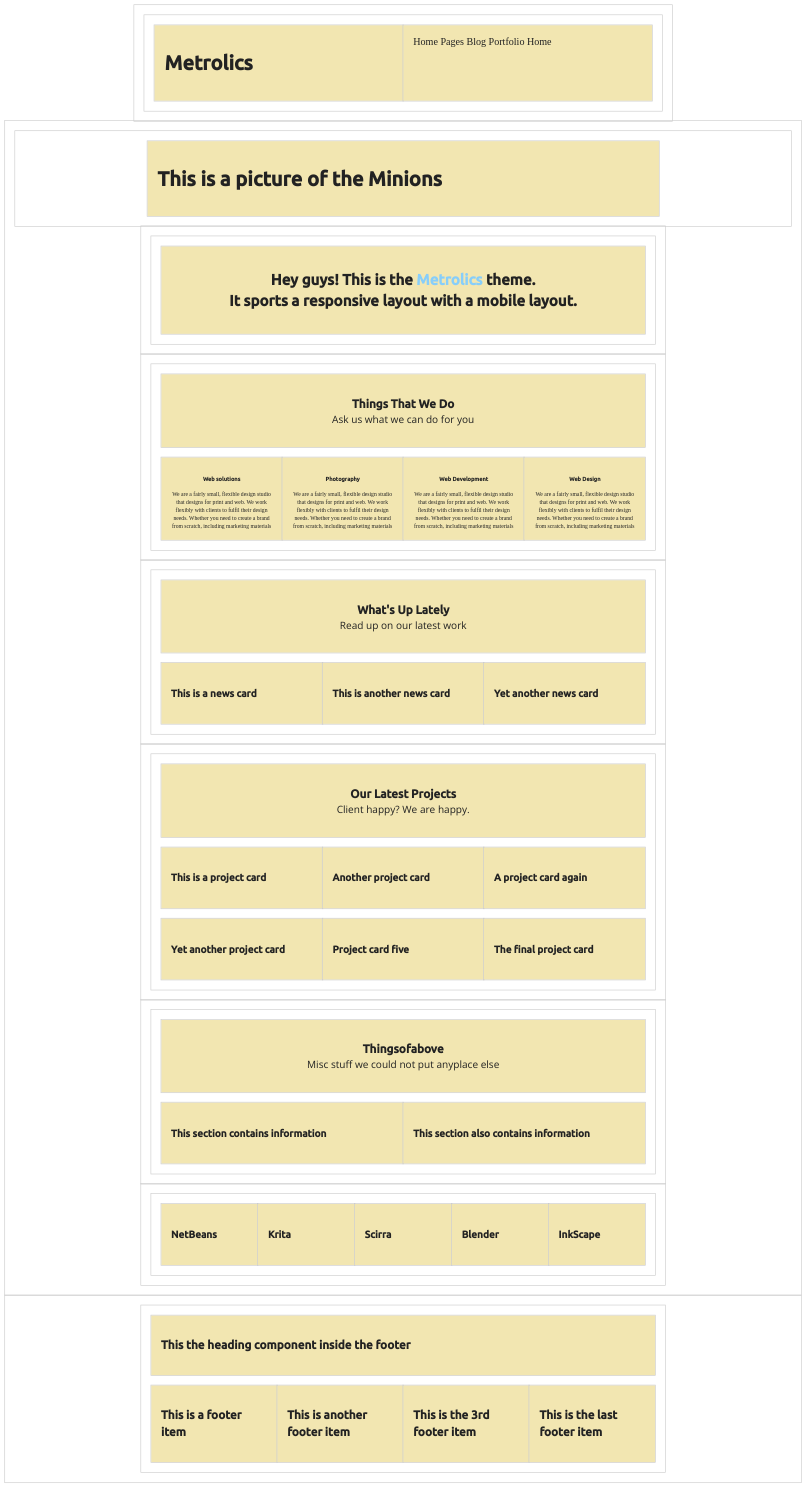
Repository: kennyharman/Marlowe_Kenny_Lab_02B
Page: index.html
The author's editor kept a copy of each file at every save. The page is drawn from the files as they stood at one save, then again after the next save.
The browser window is 1280 px wide. The pictures show the whole page, at 63% of full size.

Above is the page before, as saved 2024-02-05 14:35:07.

After the next save:
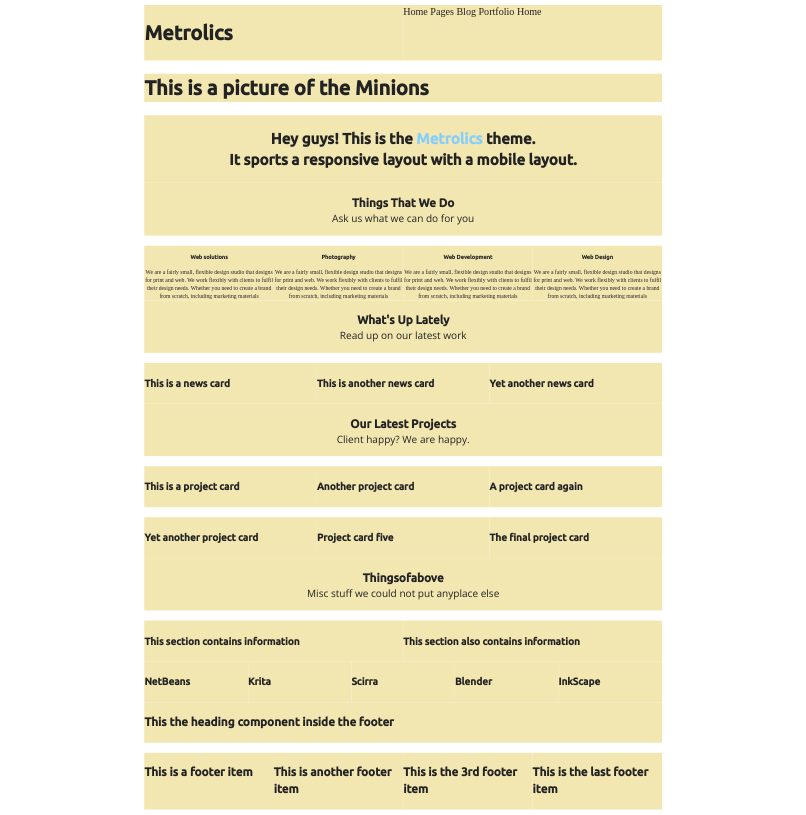
Saved 27 min 49 s later.
--- a/css/style.css
+++ b/css/style.css
@@ -251,9 +251,7 @@ main,
 section,
 footer,
 header {
-  outline: 1px solid #ccc;
-  min-height: 1rem;
-  padding: 1rem;
+
 }
 
 h1,
